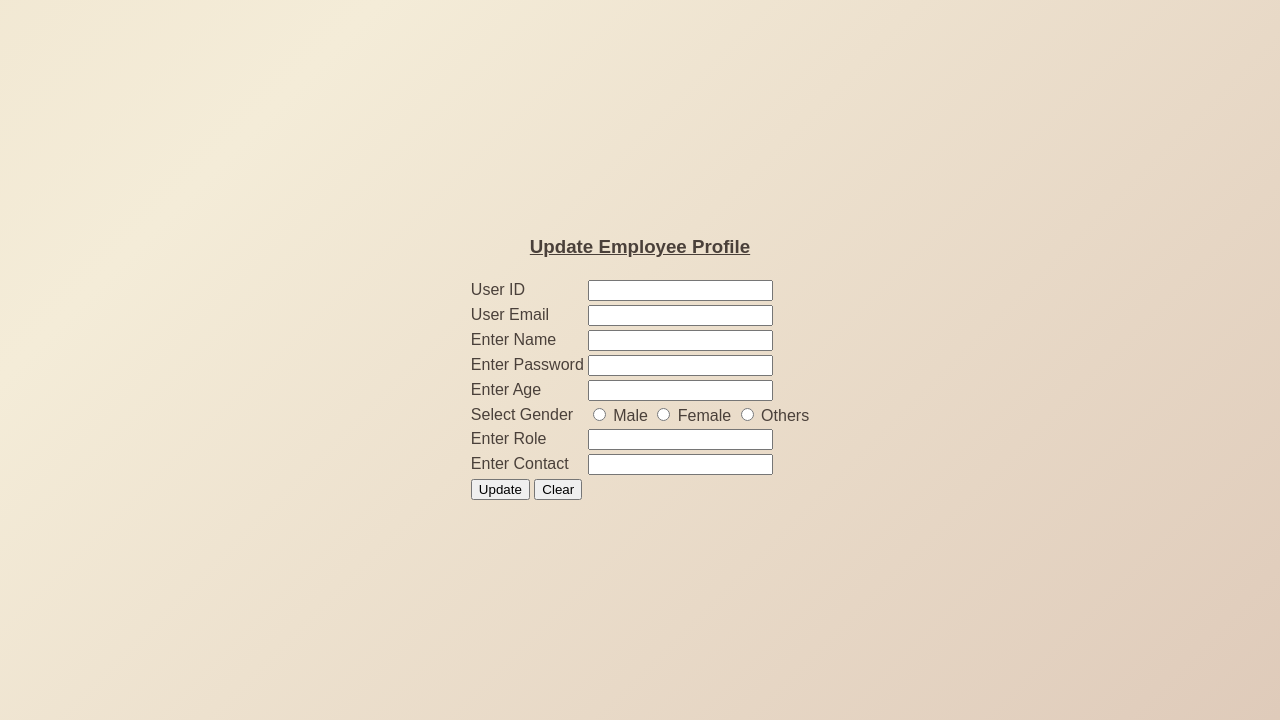
Repository: chaitanyasivathmika/NutrientDiet
Page: http://localhost/NutrientDiet/usersettings.jsp
An editor plug-in stored every save of this project. The page is shown before and after the next save, followed by the edit.
The browser window is 1280 px wide. The pictures show the whole page.
The page is served by Tomcat 10. Other server files are loaded and not shown.

Above is the page before, as saved 2024-11-15 10:55:51.

### NutrientDiet/src/main/webapp/usersettings.jsp
<%@page import="com.nutridiet.project.model.User"%>
<%@ page language="java" contentType="text/html; charset=UTF-8" pageEncoding="UTF-8" %>
<%@ taglib uri="http://java.sun.com/jsp/jstl/core" prefix="c" %>
<%
User user = (User) session.getAttribute("user");
%>
<!DOCTYPE html>
<html>
<head>
    <title>Update Employee</title>
    <style>
    /* General styling for body */
    body {
        margin: 0;
        padding: 0;
        font-family: 'Arial', sans-serif;
        background: linear-gradient(135deg, #e9dac1, #f4ecd8, #dac3b3); /* Soft pastel gradient */
        color: #4a403a; /* Dark brownish-gray text */
        height: 100vh;
        display: flex;
        flex-direction: column;
        justify-content: center;
        align-items: center;
        background-size: 200% 200%;
        animation: backgroundAnimation 12s ease infinite;
    }

    /* Background gradient animation */
    @keyframes backgroundAnimation {
        0% { background-position: 0% 50%; }
        50% { background-position: 100% 50%; }
        100% { background-position: 0% 50%; }
    }

    /* Centered heading styling */
    h2 {
        margin-bottom: 20px;
        color: #5a4d44; /* Warm, deep color for heading */
        font-size: 34px;
        text-align: center;
        text-shadow: 0 0 8px rgba(90, 77, 68, 0.2);
    }

    /* Navbar styling */
    .navbar {
        display: flex;
        justify-content: center;
        gap: 15px;
        margin-bottom: 20px;
    }

    .navbar a {
        text-decoration: none;
        padding: 12px 24px;
        color: #f4ecd8; /* Light, subtle text color for buttons */
        font-weight: bold;
        position: relative;
        border-radius: 10px;
        overflow: hidden;
        background-color: #a67f60; /* Earthy brown background for buttons */
        box-shadow: 0 4px 10px rgba(0, 0, 0, 0.15);
        transition: all 0.4s ease-in-out;
        cursor: pointer;
    }

    /* Navbar button hover effect */
    .navbar a:hover {
        color: #dac3b3; /* Softer color on hover */
        background-color: #c49782; /* Slightly lighter earthy tone */
        box-shadow: 0 0 10px 3px rgba(196, 151, 130, 0.4);
        transform: translateY(-4px); /* Lift effect */
    }

    /* Button active click effect */
    .navbar a:active {
        box-shadow: 0 0 8px 2px rgba(165, 115, 94, 0.4);
        transform: translateY(2px); /* Subtle press-down effect */
    }

    /* Content display area */
    .content {
        display: none; /* Hidden by default */
        padding: 20px;
        margin-top: 20px;
        width: 80%;
        max-width: 600px;
        background-color: #e5d2c2; /* Soft background for content area */
        border-radius: 10px;
        box-shadow: 0 6px 12px rgba(0, 0, 0, 0.1);
        color: #4a403a;
        font-size: 16px;
        text-align: center;
    }

    /* JavaScript for toggling content */
    .navbar a.active + .content {
        display: block; /* Show content when button is active */
    }
</style>
</head>
<body>

  </h4>

    <h3 style="text-align: center;"><u>Update Employee Profile</u></h3>
    <div class="form-container">
        <form method="post" action="updateuserprofile">
            <table>
                <tr>
                    <td><label for="uid">User ID</label></td>
                    <td><input type="number" id="uid" name="uid"  <%-- value="<%= us.getId() %>" --%> required/></td>
                </tr>
               <tr>
                    <td><label for="uemail">User Email</label></td>
                    <td><input type="email" id="uemail" name="uemail" <%-- value="<%= emp.getName() %>" --%> required/></td>
                </tr>
                <tr>
                    <td><label for="uname">Enter Name</label></td>
                    <td><input type="text" id="uname" name="uname" <%-- value="<%= emp.getDateofbirth() %>" --%> required/></td>
                </tr>
                <tr>
                    <td><label for="upassword">Enter Password</label></td>
                    <td><input type="password" id="upassword" name="upassword" <%-- value="<%= emp.getDateofbirth() %>" --%> required/></td>
                </tr>
                <tr>
                    <td><label for="uage">Enter Age</label></td>
                    <td><input type="text" id="uage" name="uage" <%-- value="<%= emp.getDateofbirth() %>" --%> required/></td>
                </tr>

                <tr>
                    <td><label>Select Gender</label></td>
                    <td>
                        <input type="radio" id="male" name="ugender" value="MALE" <%-- <%= emp.getGender().equals("MALE") ? "checked" : "" --%>  required/>
                        <label for="male">Male</label>
                        <input type="radio" id="female" name="ugender" value="FEMALE" <%-- <%= emp.getGender().equals("FEMALE") ? "checked" : "" --%>  required/>
                        <label for="female">Female</label>
                        <input type="radio" id="others" name="ugender" value="OTHERS" <%-- <%= emp.getGender().equals("OTHERS") ? "checked" : "" --%>  required/>
                        <label for="others">Others</label>
                    </td>
                </tr>


                <tr>
                    <td><label for="urole">Enter Role</label></td>
                    <td><input type="text" id="urole" name="urole"  <%-- value="<%= emp.getSalary() %>" --%> required/></td>
                </tr>
                <tr>
                    <td><label for="ucontact">Enter Contact</label></td>
                    <td><input type="text" id="ucontact" name="ucontact" <%-- value="<%= emp.getLocation() %>" --%> required/></td>
                </tr>

                <tr>
                    <td colspan="2" class="button-container">
                        <input type="submit" value="Update"/>
                        <input type="reset" value="Clear"/>
                    </td>
                </tr>
            </table>
        </form>
    </div>
</body>
</html>

After the next save:
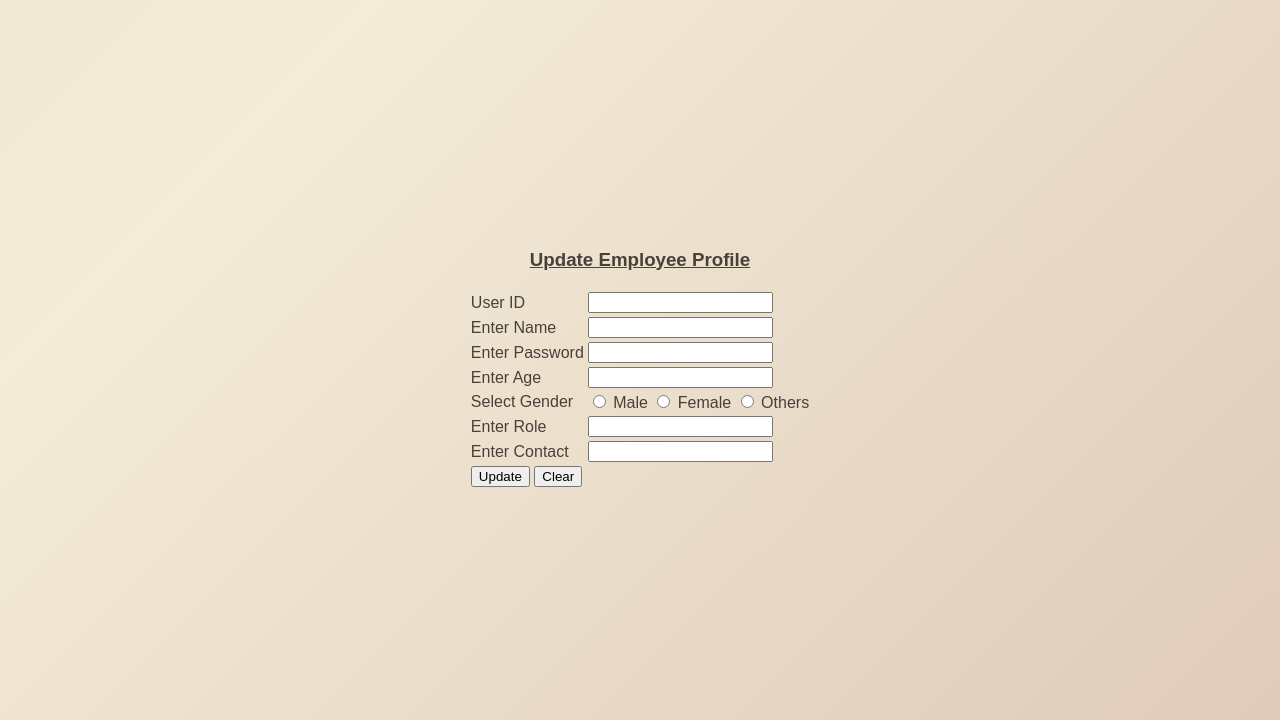
Saved 14 min 24 s later.
--- a/NutrientDiet/src/main/webapp/usersettings.jsp
+++ b/NutrientDiet/src/main/webapp/usersettings.jsp
@@ -105,58 +105,51 @@
     <h3 style="text-align: center;"><u>Update Employee Profile</u></h3>
     <div class="form-container">
         <form method="post" action="updateuserprofile">
-            <table>
-                <tr>
-                    <td><label for="uid">User ID</label></td>
-                    <td><input type="number" id="uid" name="uid"  <%-- value="<%= us.getId() %>" --%> required/></td>
-                </tr>
-               <tr>
-                    <td><label for="uemail">User Email</label></td>
-                    <td><input type="email" id="uemail" name="uemail" <%-- value="<%= emp.getName() %>" --%> required/></td>
-                </tr>
-                <tr>
-                    <td><label for="uname">Enter Name</label></td>
-                    <td><input type="text" id="uname" name="uname" <%-- value="<%= emp.getDateofbirth() %>" --%> required/></td>
-                </tr>
-                <tr>
-                    <td><label for="upassword">Enter Password</label></td>
-                    <td><input type="password" id="upassword" name="upassword" <%-- value="<%= emp.getDateofbirth() %>" --%> required/></td>
-                </tr>
-                <tr>
-                    <td><label for="uage">Enter Age</label></td>
-                    <td><input type="text" id="uage" name="uage" <%-- value="<%= emp.getDateofbirth() %>" --%> required/></td>
-                </tr>
+    <table>
+        <tr>
+            <td><label for="id">User ID</label></td>
+            <td><input type="number" id="id" name="id" value="${user.id}" readonly required/></td>
+        </tr>
+        <tr>
+            <td><label for="uname">Enter Name</label></td>
+            <td><input type="text" id="uname" name="uname" value="${user.uusername}" required/></td>
+        </tr>
+        <tr>
+            <td><label for="upassword">Enter Password</label></td>
+            <td><input type="password" id="upassword" name="upassword" value="${user.upassword}" required/></td>
+        </tr>
+        <tr>
+            <td><label for="uage">Enter Age</label></td>
+            <td><input type="text" id="uage" name="uage" value="${user.uage}" required/></td>
+        </tr>
+        <tr>
+            <td><label>Select Gender</label></td>
+            <td>
+                <input type="radio" id="male" name="ugender" value="MALE" ${user.ugender == 'MALE' ? 'checked' : ''} required/>
+                <label for="male">Male</label>
+                <input type="radio" id="female" name="ugender" value="FEMALE" ${user.ugender == 'FEMALE' ? 'checked' : ''} required/>
+                <label for="female">Female</label>
+                <input type="radio" id="others" name="ugender" value="OTHERS" ${user.ugender == 'OTHERS' ? 'checked' : ''} required/>
+                <label for="others">Others</label>
+            </td>
+        </tr>
+        <tr>
+            <td><label for="urole">Enter Role</label></td>
+            <td><input type="text" id="urole" name="urole" value="${user.urole}" required/></td>
+        </tr>
+        <tr>
+            <td><label for="ucontact">Enter Contact</label></td>
+            <td><input type="text" id="ucontact" name="ucontact" value="${user.ucontact}" required/></td>
+        </tr>
+        <tr>
+            <td colspan="2">
+                <input type="submit" value="Update"/>
+                <input type="reset" value="Clear"/>
+            </td>
+        </tr>
+    </table>
+</form>
 
-                <tr>
-                    <td><label>Select Gender</label></td>
-                    <td>
-                        <input type="radio" id="male" name="ugender" value="MALE" <%-- <%= emp.getGender().equals("MALE") ? "checked" : "" --%>  required/>
-                        <label for="male">Male</label>
-                        <input type="radio" id="female" name="ugender" value="FEMALE" <%-- <%= emp.getGender().equals("FEMALE") ? "checked" : "" --%>  required/>
-                        <label for="female">Female</label>
-                        <input type="radio" id="others" name="ugender" value="OTHERS" <%-- <%= emp.getGender().equals("OTHERS") ? "checked" : "" --%>  required/>
-                        <label for="others">Others</label>
-                    </td>
-                </tr>
-
-
-                <tr>
-                    <td><label for="urole">Enter Role</label></td>
-                    <td><input type="text" id="urole" name="urole"  <%-- value="<%= emp.getSalary() %>" --%> required/></td>
-                </tr>
-                <tr>
-                    <td><label for="ucontact">Enter Contact</label></td>
-                    <td><input type="text" id="ucontact" name="ucontact" <%-- value="<%= emp.getLocation() %>" --%> required/></td>
-                </tr>
-
-                <tr>
-                    <td colspan="2" class="button-container">
-                        <input type="submit" value="Update"/>
-                        <input type="reset" value="Clear"/>
-                    </td>
-                </tr>
-            </table>
-        </form>
     </div>
 </body>
 </html>

After the save that followed:
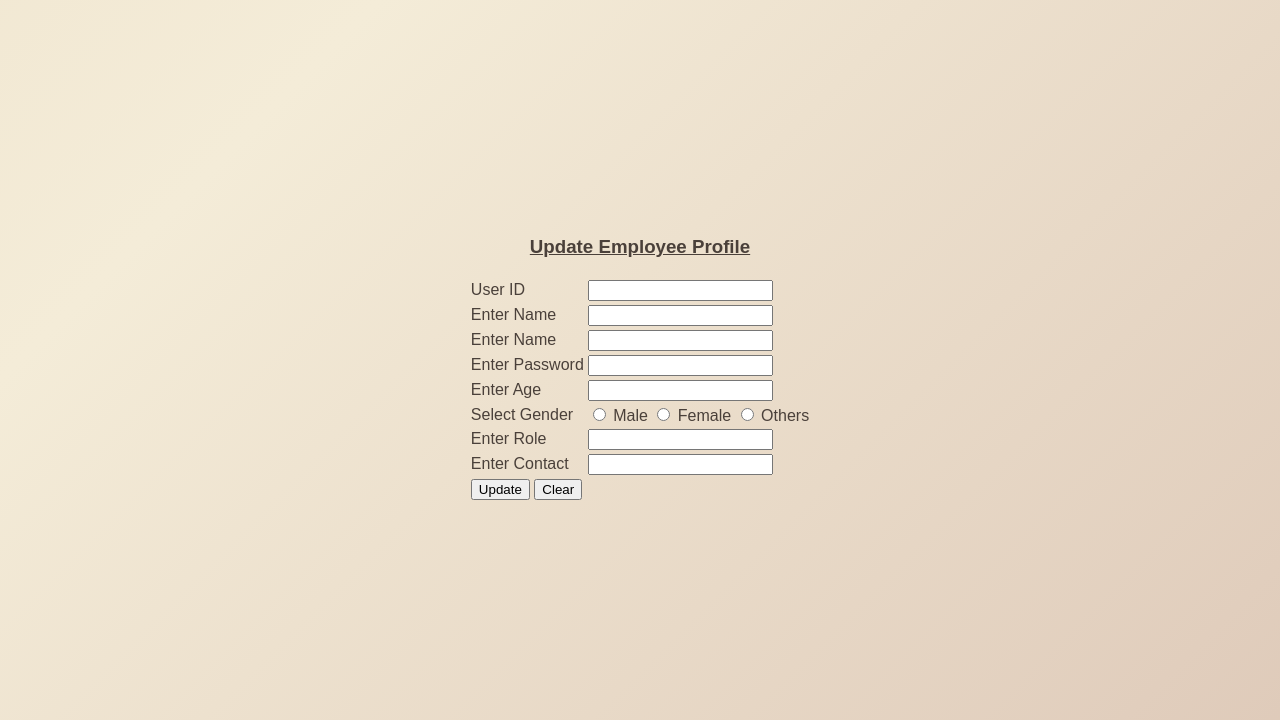
Saved 100 s later.
--- a/NutrientDiet/src/main/webapp/usersettings.jsp
+++ b/NutrientDiet/src/main/webapp/usersettings.jsp
@@ -115,6 +115,10 @@
             <td><input type="text" id="uname" name="uname" value="${user.uusername}" required/></td>
         </tr>
         <tr>
+            <td><label for="uname">Enter Name</label></td>
+            <td><input type="text" id="uname" name="uname" value="${user.uusername}" required/></td>
+        </tr>
+        <tr>
             <td><label for="upassword">Enter Password</label></td>
             <td><input type="password" id="upassword" name="upassword" value="${user.upassword}" required/></td>
         </tr>
